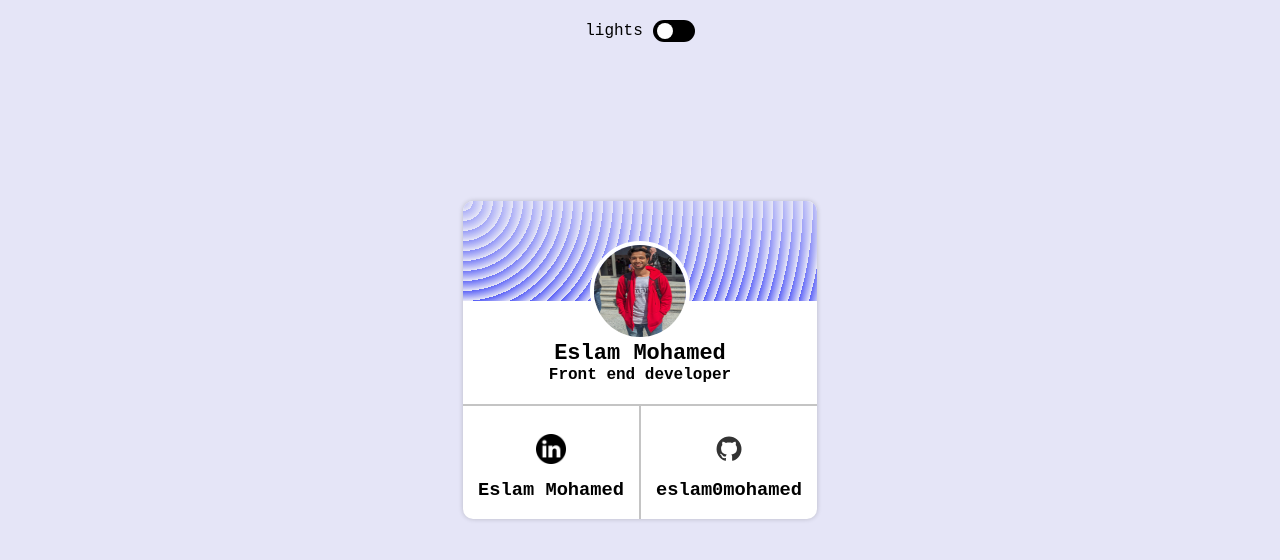
Repository: Eslam0Mohamed/profile-card-component
Page: index.html
The author's editor kept a copy of each file at every save. The page is drawn from the files as they stood at one save, then again after a run of saves.
The browser window is 1280 px wide. The pictures show the whole page.
The first `.lights-input` is checked.

Above is the page before, as saved 2024-07-25 19:22:10.

### index.html
<!DOCTYPE html>
<html lang="en">
  <head>
    <meta charset="UTF-8" />
    <meta name="viewport" content="width=device-width, initial-scale=1.0" />
    <title>Profile Card</title>
    <link rel="stylesheet" href="style.css" />
  </head>
  <body>
    <div class="container">
      <div class="lights-control">
        lights
        <input type="checkbox" name="lights-input" id="lights-input" class="lights-input">
        <label for="light-input" class="lights-label"></label>
      </div>
      <article class="card">
        <div class="top"></div>
        <div class="middle">
          <img src="assets/my-pic.jpg" alt="Eslam's photo" class="pic" />
          <h1 class="title">Eslam Mohamed</h1>
          <h2 class="job">Front end developer</h2>
        </div>
        <div class="bottom">
          <div class="column">
            <a href="https://www.linkedin.com/in/eslam-mohamed2002/">
              <img class="icon" src="assets/linkedin.png" alt="Linkedin icon" />
            </a>
            <h3>Eslam Mohamed</h3>
          </div>
          <div class="column">
            <a href="https://github.com/Eslam0Mohamed">
              <img class="icon" src="assets/github.svg" alt="github icon" />
            </a>
            <h3>eslam0mohamed</h3>
          </div>
        </div>
      </article>
    </div>
  </body>
</html>

### style.css
:root {
    --color-white: #fff;
    --color-grey: #c4c4c4;
}

/* CSS Reset */

* {
    margin: 0;
    padding: 0;
    box-sizing: border-box;
}

*,
*::before,
*::after {
    box-sizing: border-box;
}

a {
    color: inherit;
    display: inline-block;
}

button {
    background-color: transparent;
    border: none;
    cursor: pointer;
    border: 0;
}

ul,
ol {
    list-style: none;
}

html {
    font-size: 62.5%;
}

body {
    font-size: 1.6rem;
    font-family: "Courier New", Courier, monospace;
}

.container {
    flex-direction: column;
    min-height: 100vh;
    display: flex;
    justify-content: center;
    align-items: center;
    background-color: #e5e5f7;
    background-image: radial-gradient(#444cf7 0.5px, #e5e5f7 0.5px);
    background-size: 10px 10px;
}
.lights-control{
    display: flex;
    align-items: center;
    gap: 1rem;
    position: absolute;
    top: 2rem;
}
.lights-input{
display: none;
}
.lights-label{
    width:4.2rem ;
    height: 2.2rem;
    border-radius: 1.5rem;
    background-color: black;
    cursor: pointer;
    transition:background-color 0.3s  ;
    padding: 0.3rem 0.4rem;
}
.lights-label::after{
    content: "";
    width: 1.6rem;
    height: 1.6rem;
    display: block;
    transition: 0.3s;
    background-color: #fff;
    border-radius: 50%;
}
.lights-input:checked + .lights-label{
    background-color: ;
}
.card {
    display: flex;
    flex-direction: column;
    border-radius: 1rem;
    min-width: 35rem;
    overflow: hidden;
    background-color: var(--color-white);
    box-shadow:  0 0 0.5rem rgba(0, 0, 0, 0.2);
}

.top {
    height: 10rem;
    background-color: #e5e5f7;
    opacity: 0.9;
    background-image: repeating-radial-gradient(circle at 0 0, transparent 0, #e5e5f7 10px),
        repeating-linear-gradient(#444cf755, #444cf7);

}

.middle{
    z-index: 5;
    display: flex;
    flex-direction: column;
    justify-content: center;
    align-items: center;
    margin-top: -6rem;
}
.pic {
    height: 100px;
    width: 100px;
    border-radius: 50%;
    /* object-fit: contain; */
    background-color: var(--color-white);
    border: 0.4rem solid var(--color-white);
}
.title{
    font-size:  2.2rem;

 }
 .job{
    font-size:  1.6rem;

 }
 .bottom{
    margin: 20px 0 0 0;
    display: flex;
    justify-content: space-evenly;
    border-top: 2px solid var(--color-grey);
 }
 .column:last-child{
    border-left: 2px solid var(--color-grey);

 }
 .column{
  /* display: flex;
  flex-direction: column;
  align-items: center; */
  flex: 1;
padding: 18px 15px;
text-align: center;

 }
 .icon{
    width: 30px;
    margin: 10px 0;
 }

After the next 2 saves:
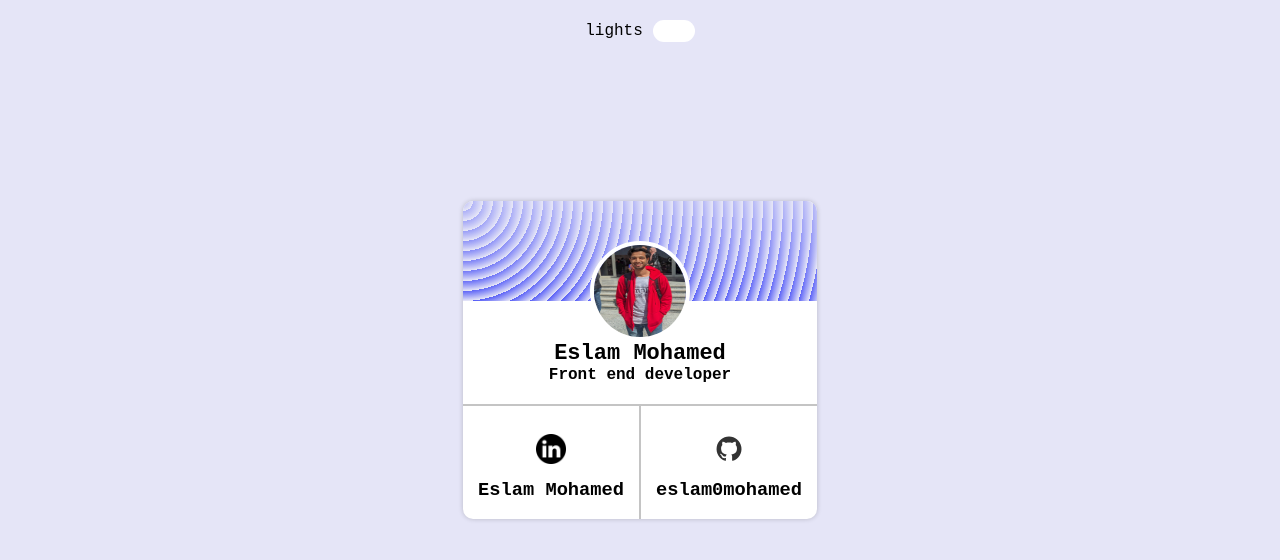
The 2 saves are shown as one change because they came seconds apart.
The last was saved 6 s later.
--- a/style.css
+++ b/style.css
@@ -82,8 +82,9 @@ display: none;
     border-radius: 50%;
 }
 .lights-input:checked + .lights-label{
-    background-color: ;
+    background-color: #fff;
 }
+
 .card {
     display: flex;
     flex-direction: column;
